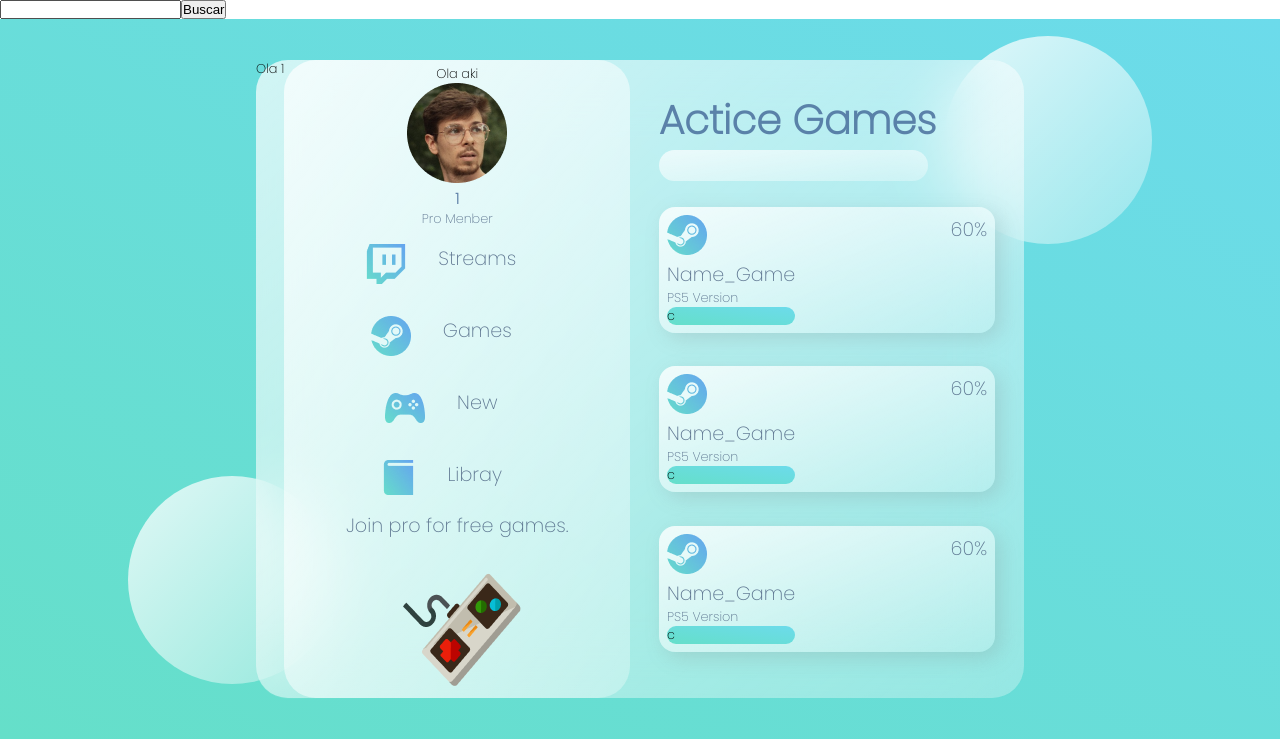
Repository: ServerK001/HomeGamer
Page: /
An editor plug-in stored every save of this project. The page is shown before and after the next save, followed by the edit.
The browser window is 1280 px wide. The pictures show the whole page.
The project was rebuilt for these pictures with package versions that can differ from the ones it lists, and the page was loaded fresh each time.

Above is the page before, as saved 2021-12-27 16:43:00.

### src/index.js
import React from 'react';
import ReactDOM from 'react-dom';
import './index.module.scss';
import App from './App';

ReactDOM.render(
  <React.StrictMode>
    <App />
  </React.StrictMode>,
  document.getElementById('root')
);

### src/index.module.scss
@import url('https://fonts.googleapis.com/css2?family=Poppins:ital,wght@0,200;1,100&display=swap');

* {
  margin: 0;
  padding: 0;
  box-sizing: border-box;
}

body{
  justify-content: center;
  align-items: center;
  font-family: 'Poppins', sans-serif;
  font-size: 0.8rem;

}

h1{
  color:#426696;
  font-weight: 600;
  opacity: 0.8;
  font-size: 2.5rem;
}

h2, p {
  color:#415879;
  font-weight: 500;
  opacity: 0.8;
}

h3 {
  color:#426696;
  font-weight: 600;
  opacity: 0.8;
}

### src/App.js


import { useState } from 'react';
import axios from 'axios';


import Home from './components/header/header';
import './css/App.scss'

function App() {

  const [player, setPlayer] = useState(1)


  const searchForPlayers = (event)=>{
      var URL  = "https://pokeapi.co/api/v2/pokemon/" + player

        axios.get(URL).then(res => setPlayer(res.data))
        console.log(player)



  }



  return (
    <>
      <div>
        <input type="text" onChange={e => setPlayer(e.target.value)}></input>

          <button  onClick={e => searchForPlayers(e)}>Buscar</button>
          <strong>{player.name}</strong>
      </div>
        <Home poke={player} />



    </>
  );
}

export default App;

### src/components/header/header.jsx
import React from 'react'
import { Dashborad } from '../dashboard/dashborad'
import GamesProgress from './GamesProgress/GamesProgress'

import    './style.scss'
export default function Home(props) {
    let pokemon = props.poke
    return (

        <main>
            <section className="glass">
                Ola {props.poke}

                <Dashborad nomePoke={pokemon}/>


                <GamesProgress />

            </section>
            <div className="circle1"></div>
            <div className="circle2"></div>
        </main>
    )
}

### src/components/dashboard/dashborad.jsx
import React from 'react'
import './style.scss'
import twitch from './images/twitch.png'
import avatar from './images/avatar.png'
import steam from './images/steam.png'
import upcoming from './images/upcoming.png'
import library from './images/library.png'
import Game from './proGames/proGames'

export const Dashborad = (props) => {
    return (
            <div className="dashborad">

                    Ola aki
                    <div className="user">
                        <img src={avatar} alt="" />
                            <h3>{props.nomePoke}</h3>
                                <p>Pro Menber</p>
                    </div>

                        <div className="links">
                                <div className="link">
                                <img src={twitch} />
                                        <h2>Streams</h2>
                                </div>
                        </div>

                        <div className="links">
                                <div className="link">
                                    <img src={steam} alt="" />
                                        <h2>Games</h2>
                                </div>
                        </div>

                        <div className="links">
                                <div className="link">
                                    <img src={upcoming} alt="" />
                                        <h2>New</h2>
                                </div>
                        </div>

                        <div className="links">
                                <div className="link">
                                    <img src={library} alt="" />
                                        <h2>Libray</h2>
                                </div>
                        </div>

                  <Game />


            </div>
    )
}

### src/components/header/GamesProgress/GamesProgress.jsx
import React from 'react'
import gameimg from '../../dashboard/images/steam.png'
import Cardsgames from './cardsGames/cardsgames'
import './style.scss'
export default function GamesProgress() {
    return (
            <div className="games">
                <div className="status">
                    <h1>Actice Games</h1>
                    <input type="text" />
                </div>

           <Cardsgames image={gameimg} />
           <Cardsgames image={gameimg} />
           <Cardsgames image={gameimg} />











            </div>
    )
}

### src/components/header/style.scss

main {
  min-height: 100vh;
  background: linear-gradient(to right top, #65dfc9, #6cdbeb);
  display: flex;
  align-items: center;
  justify-content: center;

}

.glass {
  background: white;
  min-height: 60vh;
  width: 60%;
  background: linear-gradient(
    to right bottom,
    rgba(255, 255, 255, 0.7),
    rgba(255, 255, 255, 0.3)
  );
  border-radius: 2rem;
  z-index: 2;
  backdrop-filter: blur(2rem);
  display: flex;


}



.circle1,
.circle2 {
  background: white;
  background: linear-gradient(
    to right bottom,
    rgba(255, 255, 255, 0.8),
    rgba(255, 255, 255, 0.3)
  );
  height: 13rem;
  width: 13rem;
  position: absolute;
  border-radius: 50%;
}

.circle1 {
  top: 5%;
  right: 10%;

}
.circle2 {
  bottom: 5%;
  left: 10%;
}

### src/components/dashboard/style.scss


.dashborad{
    flex: 1;
    display: flex;
    flex-direction: column;
    align-items: center;
    justify-content: space-evenly;
    text-align: center;
    padding: 0.3rem;


    background: linear-gradient(
        to right bottom,
        rgba(255, 255, 255, 0.7),
        rgba(255, 255, 255, 0.3)
      );

      border-radius: 2rem;
}

.link{
    display: flex;
   padding: 1rem 1rem;
}
.link h2 {
    padding: 0rem 2rem;
}

### src/components/dashboard/proGames/proGames.jsx
import React from 'react'
import controller from '../images/controller.png'

 const Games = () => {
    return (
        <>
        <div className='pro'>
            <h2>Join  pro  for  free games.</h2>
                <img src={controller}  />
        </div>

        </>
    )
}
export default Games

### src/components/header/GamesProgress/cardsGames/cardsgames.jsx
import React from 'react'
import './styles.scss'

export default function Cardsgames(props) {
    return (
     <div className="cards">
                <div className="card">
                    <img src={props.image}  />
                    <div className="card-info">
                        <h2>Name_Game</h2>
                        <p>PS5 Version</p>
                                <div className="progress">c</div>
                    </div>
                </div>
            <h2 className="porcentage">60%</h2>
     </div>
    )
}

### src/components/header/GamesProgress/style.scss
.games{
    display: flex;
    margin: 1.5rem;
    flex: 1;
    padding: 0.3rem;
    flex-direction: column;
    justify-content: space-evenly;
}

.status input{
 margin-bottom: 0.5rem;
 background: linear-gradient(
    to right bottom,
    rgba(255, 255, 255, 0.7),
    rgba(255, 255, 255, 0.3)
  );
 border: none;
 width: 80%;
 padding: 0.5rem;
 border-radius: 2rem;



}

### src/components/header/GamesProgress/cardsGames/styles.scss
.cards{
    background:linear-gradient(to left top, rgba(255, 255, 255, 0.2), rgba(255, 255, 255, 0.8));
    border-radius: 1rem;
    margin: 1rem 0rem ;
    padding:  0.5rem;
    box-shadow: 6px 6px 20px rgba(122, 122, 122, 0.212);
    display: flex;
    justify-content: space-between;

}

.progress {
    background: linear-gradient(to right top, #65dfc9, #6cdbeb);
    width: 100%;
    height: 100%;
    border-radius: 1rem;
    position: relative;
    overflow: hidden;
  }

Loaded but not shown: public/index.html (common file); src/css/App.scss (no stored copy; drawn as an empty file)

After the next save:
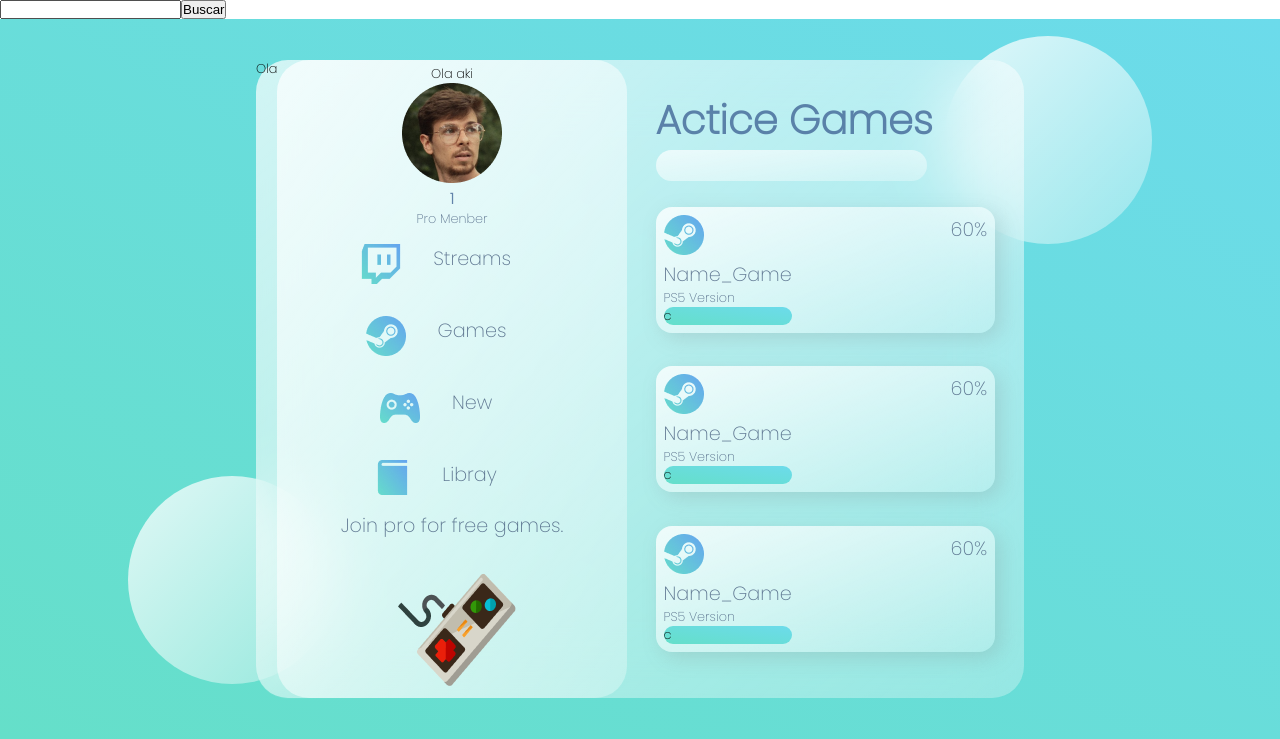
Saved 39 s later.
--- a/src/components/header/header.jsx
+++ b/src/components/header/header.jsx
@@ -9,7 +9,7 @@
 
         <main>
             <section className="glass">
-                Ola {props.poke}
+                Ola {props.poke.name}
 
                 <Dashborad nomePoke={pokemon}/>
 
